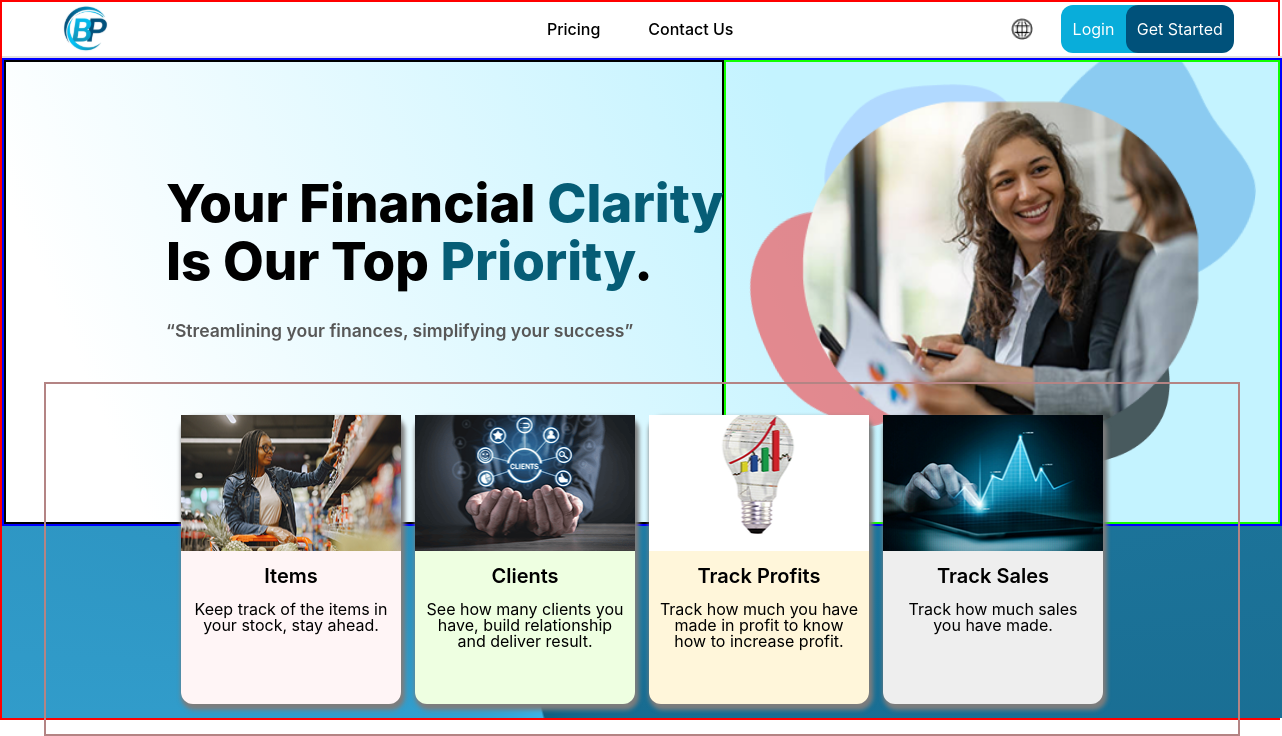
Repository: dark-txch/Bizpadi
Page: /
The author's editor kept a copy of each file at every save. The page is drawn from the files as they stood at one save, then again after the next save.
The browser window is 1280 px wide. The page is 1282 px wide, so the pictures cover 1282 px, including what lies to the right of the window. The pictures show the whole page.
The project was rebuilt for these pictures with package versions that can differ from the ones it lists, and the page was loaded fresh each time. Also part of the build but not shown: vite.config.js, src/components/ErrorBoundary.jsx, src/components/LandingPage/PricingPage/Pricing.jsx, src/components/LandingPage/LogInPage/LogIn.jsx.

Above is the page before, as saved 2025-04-07 10:07:24.

### index.html
<!DOCTYPE html>
<html lang="en">
	<head>
		<meta charset="UTF-8" />
		<link rel="icon" type="image/svg+xml" href="/public/logo.svg" />
		<meta name="viewport" content="width=device-width, initial-scale=1.0" />
		<title>Bizpadi</title>
	</head>
	<body>
		<div id="root"></div>
		<script type="module" src="/src/main.jsx"></script>
	</body>
</html>

### src/index.css
:root {
	font-family: system-ui, Avenir, Helvetica, Arial, sans-serif;
	line-height: 1.5;
	font-weight: 400;

	color-scheme: light dark;
	color: black;
	background-color: white;

	font-synthesis: none;
	text-rendering: optimizeLegibility;
	-webkit-font-smoothing: antialiased;
	-moz-osx-font-smoothing: grayscale;
}

* {
	box-sizing: border-box;
	padding: 0;
	margin: 0;
	outline: none;
	border: none;
}

body {
	height: 100vh;
	width: 100vw;

	font-family: "inter", sans-serif;
}

a {
	text-decoration: none;
}

### src/App.jsx
import "./App.css";
import { BrowserRouter as Router, Routes, Route } from "react-router-dom";
import ErrorBoundary from "./components/ErrorBoundary";
// Upper imports are very important
import Nav from "./components/LandingPage/Nav";
import PricingPage from "./components/LandingPage/PricingPage/Pricing";
import LogInPage from "./components/LandingPage/LogInPage/LogIn";
import MidSection from "./components/LandingPage/MidSection";
import Footer from "./components/LandingPage/Footer";

function LandingPage() {
	return (
		<>
			<div className="landingPageContainer">
				<Nav />
				<MidSection />
				<Footer />
			</div>
		</>
	);
}

function App() {
	return (
		<Router>
			<Routes>
				<Route path="/" element={<LandingPage />} />
				<Route path="/pricing" element={<PricingPage />} />
				<Route path="/login" element={<LogInPage />} />
			</Routes>
		</Router>
	);
}

export default App;

### src/App.css
/*  LANDING PAGE/Main container */

@font-face {
	font-family: "MyCustomFont";
	src: url("/fonts/Inter/Inter-Italic-VariableFont_opsz,wght.ttf")
			format("truetype"),
		url("/fonts/Inter/Inter-VariableFont_opsz,wght.ttf") format("truetype");
	font-weight: normal;
	font-style: normal;
}
/* ------------------------------------------------------------------------------- */
/* THIS IS THE LANDING PAGE CONTAINER */
.landingPageContainer {
	width: 100vw;
	height: 100vh;
	font-family: "Inter", sans-serif;
	display: grid;
	/* grid-template-rows: 3.5rem 2fr 1fr; */
	grid-template-rows: 3.5rem 1fr 12rem;

	border: 2px solid red;
}

/* ------------------------------------------------------------------------------------ */
/*  THIS IS THE NAV CONTAINER */
.homepage-nav {
	width: 100%;
	display: flex;
	padding: 0 3rem 0;
	font-size: 1rem;
	align-items: center;
	justify-content: space-between;
	border-bottom: 2px solid #e1dfdf;
}
/*  THIS IS THE NAV CONTAINER CHILDREN */
.homepage-nav .logo {
	/* THIS IS THE LOGO CONTAINER */
	display: flex;
	flex: 1;
	align-self: center;
	height: inherit;
}
.homepage-nav .logo img {
	/* THIS IS THE LOGO IMG */
	height: 100%;
	width: auto;
}

.homepage-nav .pricingContact {
	/* THIS IS THE PRICING AND CONTACT US CONTAINER */
	display: flex;
	flex: 3;
	justify-content: center;
	gap: 3rem;
	font-weight: 500;
	line-height: 100%;
	letter-spacing: 0%;
}
.homepage-nav .pricingContact a {
	color: black;
	cursor: pointer;
}

.homepage-nav .loginGetStarted {
	/*THIS IS THE LOGIN AND GET STARTED CONTAINER*/
	height: 3rem;
	display: flex;
	flex: 1;
	justify-content: end;
	align-items: center;
	gap: 0.7rem;
	color: white;
	border-radius: 12px;
}
.homepage-nav .loginGetStarted img {
	/* THIS IS THE LOGIN AND GET STARTED IMAGE */
	height: 1.5rem;
	transform: translate(1rem, 0);
}
.homepage-nav .loginGetStarted a:nth-of-type(1) {
	/* THIS IS THE LOGIN BUTTON */
	background-color: #09adda;
	color: inherit;
	height: inherit;
	border-radius: inherit;
	display: flex;
	align-items: center;
	padding: 0 2rem 0 0.7rem;
	transform: translate(2rem, 0);
}

.homepage-nav .loginGetStarted a:nth-of-type(2) {
	/* THIS IS THE GET STARTED BUTTON*/
	background-color: #00517a;
	display: flex;
	align-items: center;
	white-space: nowrap;
	color: inherit;
	height: inherit;
	border-radius: inherit;
	padding: 0 0.7rem;
	position: relative;
	z-index: 2;
}

/* MIDSECTION -------------------------------------------------------------------------------*/
/* THIS IS THE MIDSECTION THAT HOUSES THE HEADER AND PARAGRAPH */
.midSection {
	display: flex;
	justify-content: center;
	/* align-items: center; */
	width: 100%;
	background: linear-gradient(246.72deg, #c4f3ff 34.96%, #ffffff 90.24%);

	border: 2px solid rgb(0, 0, 255);
}
.landingPageMotto {
	/* THIS IS THE CONTAINER FOR THE HEADER AND PARAGRAPH */
	padding: 3rem;
	/* max-width: 40rem; */
	max-width: 45rem;
	width: 100%;
	flex: 0 0 auto;
	white-space: nowrap;
	/* transform: translate(8rem, 0); */

	border: 2px solid black;
}
.landingPageMotto > h1 {
	font-weight: 800;
	font-size: 3.3rem;
	line-height: 110%;
	text-transform: capitalize;
	margin: 4rem 7rem 2rem;
}
.landingPageMotto > h1 span {
	color: #065d76;
}
.landingPageMotto > p {
	font-weight: 600;
	font-size: 1.1rem;
	line-height: 100%;
	letter-spacing: 0%;
	margin-left: 7rem;
	color: #575757;
}

.landingPageImages {
	/* THIS IS THE LANDING PAGE IMAGES CONTAINER*/
	flex: 1; /* grow to take remaining space */
	height: 100%;
	display: flex;
	justify-content: center;
	align-items: center;
	/* padding: 3rem; */
	overflow: hidden;
	position: relative; /* so children can be absolutely positioned */

	border: 2px solid rgb(17, 255, 0);
}

.landingPageImages > img {
	/* border: 2px solid green; */
	position: absolute;
	margin-top: -3rem;
}

.landingPageImages > img:nth-of-type(1) {
	/* MAIN SMILEY IMAGE */
	border-radius: 150px;
	width: 25rem;
	z-index: 100;
	/* border: 2px solid green; */
}

.landingPageImages > img:nth-of-type(2) {
	/* THIS IS THE BLACK VECTOR */
	width: 175.07px;
	height: 184.4px;
	transform: translate(5rem, 6.5rem);

	/* border: 2px solid green; */
}

.landingPageImages > img:nth-of-type(3) {
	/* EGG ROUND LIGHT BLUE VECTOR */
	width: 12.6rem;
	height: 11rem;
	opacity: 0.63;
	transform: translate(-4.8rem, -6rem);

	/* border: 2px solid green; */
}

.landingPageImages > img:nth-of-type(4) {
	/* DARK ORANGE VECTOR*/
	/* height: 153px; */
	height: 14rem;
	width: 152px;
	transform: translate(-10.5rem, 3.3rem) rotate(-15deg);

	/* border: 2px solid green; */
}

.landingPageImages > img:nth-of-type(5) {
	/* BLUE VECTOR TOP RIGHT*/
	width: 14rem;
	height: 15rem;
	transform: translate(9rem, -6.5rem) rotate(6deg);

	/* border: 2px solid green; */
}

/* FOOTER---------------------------------------------------------------------------------------------- */
/* This is the footer section/container that houses the feature container */
.footer {
	width: 100vw;
	display: flex;
	justify-content: center;
	/* flex: 1; */
	background: conic-gradient(
		from 164.13deg at 41.58% 79.97%,
		#115e80 0deg,
		#3db3e6 3.6deg,
		#115e80 360deg
	);
}

.footer > section {
	width: 1196px;
	height: 354px;
	display: flex;
	justify-content: center;
	align-items: center;
	gap: 14px;
	position: absolute;
	/* top: 400px; */
	transform: translate(0, -9rem);
	z-index: 999;

	border: 2px solid rgb(180, 132, 132);
}

/* This is the container that houses all the features in the footer */
.featuresContainer {
	width: 220px;
	height: 289px;
	border-radius: 12px;
	text-align: center;
	letter-spacing: 0%;
	box-shadow: 2px 4px 4px 2px #7d7d7d;
}

.featuresContainer h1 {
	font-weight: 600;
	font-size: 20px;
	line-height: 100%;
	margin-bottom: 15px;
}

.featuresContainer p {
	font-weight: 400;
	font-size: 16px;
	line-height: 100%;
	padding: 0 10px 0;
}

/* This is the general image container for the featuresContainer */
.imageContainer {
	height: 136px;
	width: 100%;
	margin-bottom: 15px;
}

/* General styling for the images in the imageContainer */
.imageContainer img {
	width: 100%;
	height: 100%;
}

/* Added colors to the backgrounds of the footer featuresContainer individually */
.items {
	background-color: #fff5f6;
}
.clients {
	background-color: #eeffe1;
}
.trackProfits {
	background-color: #fff6da;
}
.trackSales {
	background-color: #eeeeee;
}

### src/components/LandingPage/Nav.jsx
import { Link } from "react-router-dom";

export default function Nav() {
	return (
		<>
			{/* THIS IS THE NAV CONTAINER */}
			<nav className="homepage-nav">
				{/* THIS IS THE LOGO CONTAINER */}
				<div className="logo">
					<img src="/assets/icons/logo.svg" alt="Bizpadi icon" />
				</div>

				{/* THIS IS THE PRICING AND CONTACT US CONTAINER */}
				<div className="pricingContact">
					<Link to="/pricing">Pricing</Link>
					<a href="#">Contact Us</a>
				</div>

				{/* THIS IS THE LOGIN AND GET STARTED CONTAINER*/}
				<div className="loginGetStarted">
					<img src="/assets/icons/world.png" alt="world" />
					<Link to="/login">Login</Link>
					<a href="#">Get Started</a>
				</div>
			</nav>
		</>
	);
}

### src/components/LandingPage/MidSection.jsx
export default function MidSection() {
	return (
		<section className="midSection">
			<div className="landingPageMotto">
				<h1>
					Your financial{" "}
					<span>
						clarity <br />
					</span>
					is our top <span>priority</span>.
				</h1>
				<p>“Streamlining your finances, simplifying your success”</p>
			</div>

			{/* This is the images section in the mid section */}
			<div className="landingPageImages">
				<img src="/assets/images/smiley.png" alt="smiley" />
				<img src="/assets/images/Vector-black.png" alt="vector-black" />
				<img src="/assets/images/Vector-blue.png" alt="vector-blue" />
				<img src="/assets/images/Vector-orange.png" alt="vector-orange" />
				<img src="/assets/images/Vector.png" alt="vector" />
			</div>
		</section>
	);
}

### src/components/LandingPage/Footer.jsx
export default function Footer() {
	return (
		<div className="footer">
			{/* The section container is the parent to the features */}
			<section>
				<div className="featuresContainer items">
					{/* The feautureOntainer class is given to all the divs housing the features */}
					<div className="imageContainer">
						<img src="/public/assets/images/client-1.png" alt="client-1" />
					</div>
					<h1>Items</h1>
					<p>Keep track of the items in your stock, stay ahead.</p>
				</div>

				<div className="featuresContainer clients">
					<div className="imageContainer">
						<img src="/public/assets/images/client-2.png" alt="client-2" />
					</div>
					<h1>Clients</h1>
					<p>
						See how many clients you have, build relationship and deliver
						result.
					</p>
				</div>

				<div className="featuresContainer trackProfits">
					<div className="imageContainer">
						<img
							src="/public/assets/images/track-profit.png"
							alt="track-profit"
						/>
					</div>
					<h1>Track Profits</h1>
					<p>
						Track how much you have made in profit to know how to increase
						profit.
					</p>
				</div>

				<div className="featuresContainer trackSales">
					<div className="imageContainer">
						<img
							src="../../../public/assets/images/track-sales.png"
							alt="track-sales"
						/>
					</div>
					<h1>Track Sales</h1>
					<p>Track how much sales you have made.</p>
				</div>
			</section>
		</div>
	);
}

Loaded but not shown: src/main.jsx (common file)

After the next save:
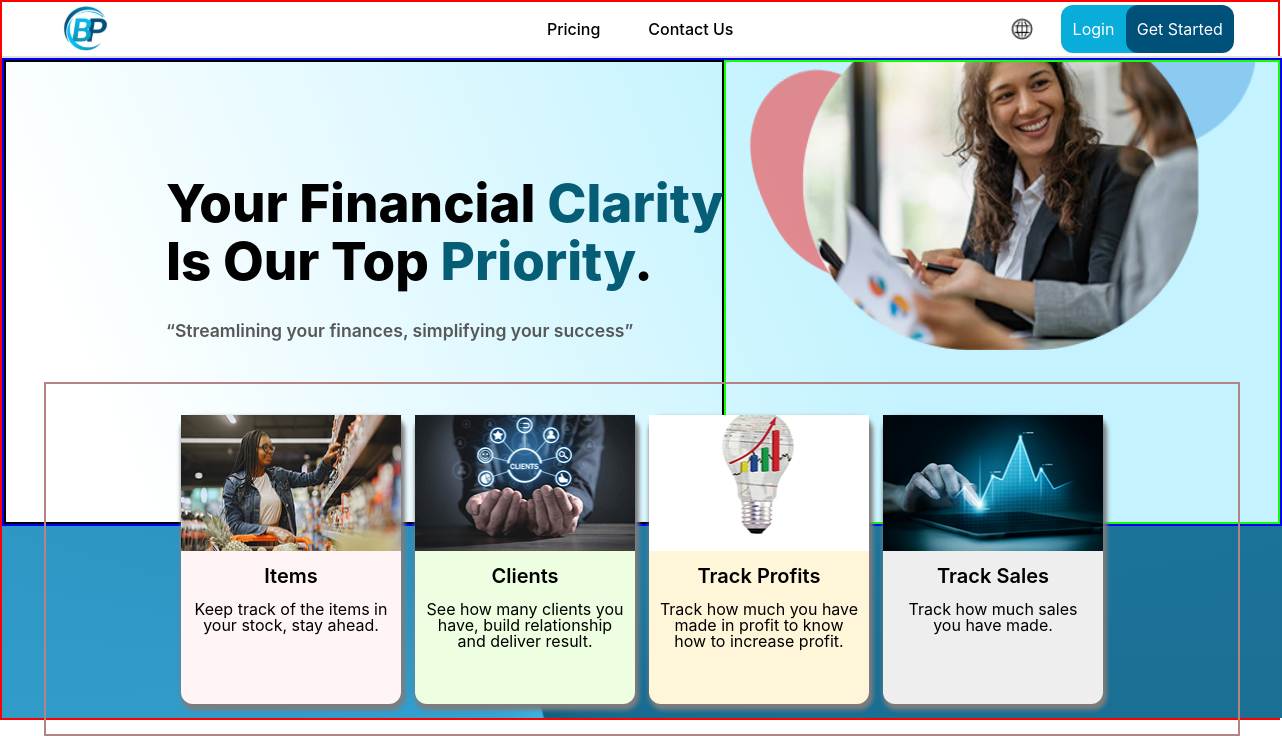
Saved 27 s later.
--- a/src/App.css
+++ b/src/App.css
@@ -151,7 +151,7 @@
 	height: 100%;
 	display: flex;
 	justify-content: center;
-	align-items: center;
+	/* align-items: center; */
 	/* padding: 3rem; */
 	overflow: hidden;
 	position: relative; /* so children can be absolutely positioned */
